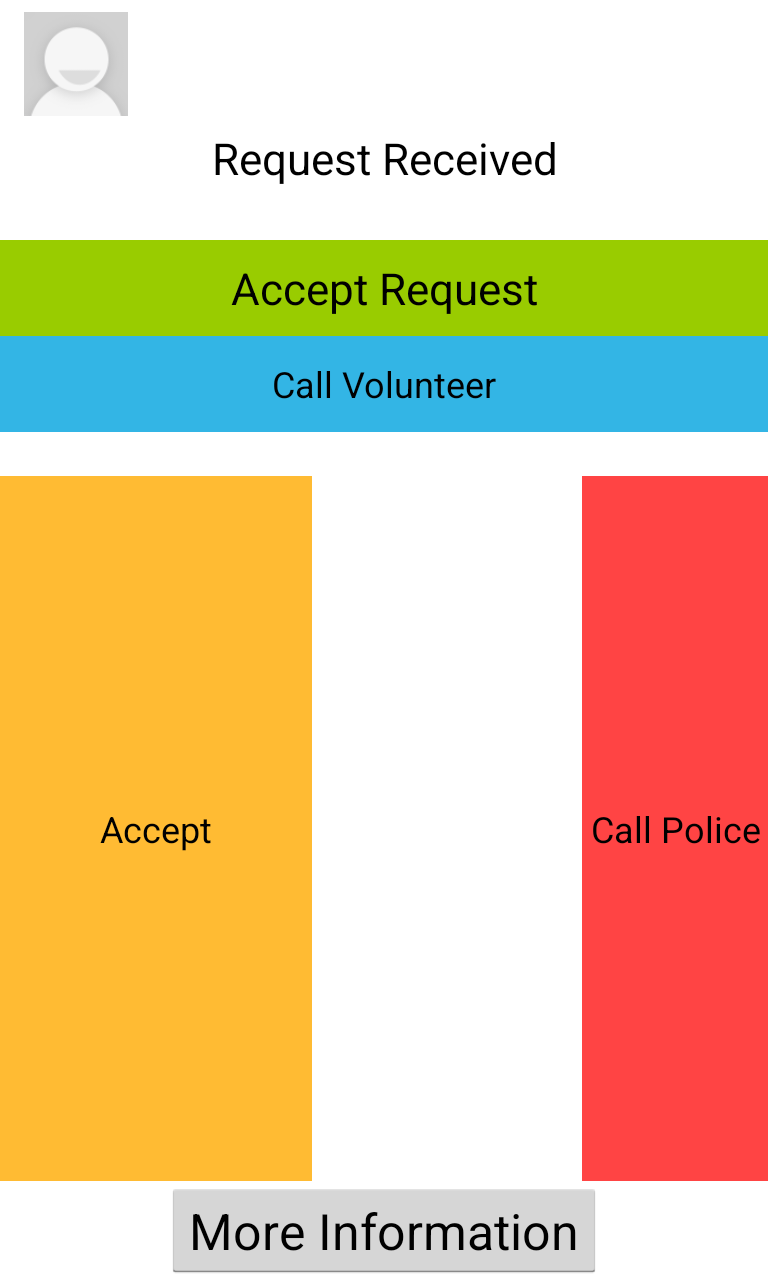
Repository: srivast6/SafeWalk
Layout: android/SafeWalk/res/layout/tryout.xml
The author's editor kept a copy of each file at every save. The layout is drawn from the files as they stood at one save, then again after the next save.
It is drawn on a 768 x 1280 px phone screen (xhdpi) without system bars, with theme android:Theme.Holo.Light; the app's code is not run.

Above is the layout before, as saved 2013-11-20 18:33:34.

After the next save:
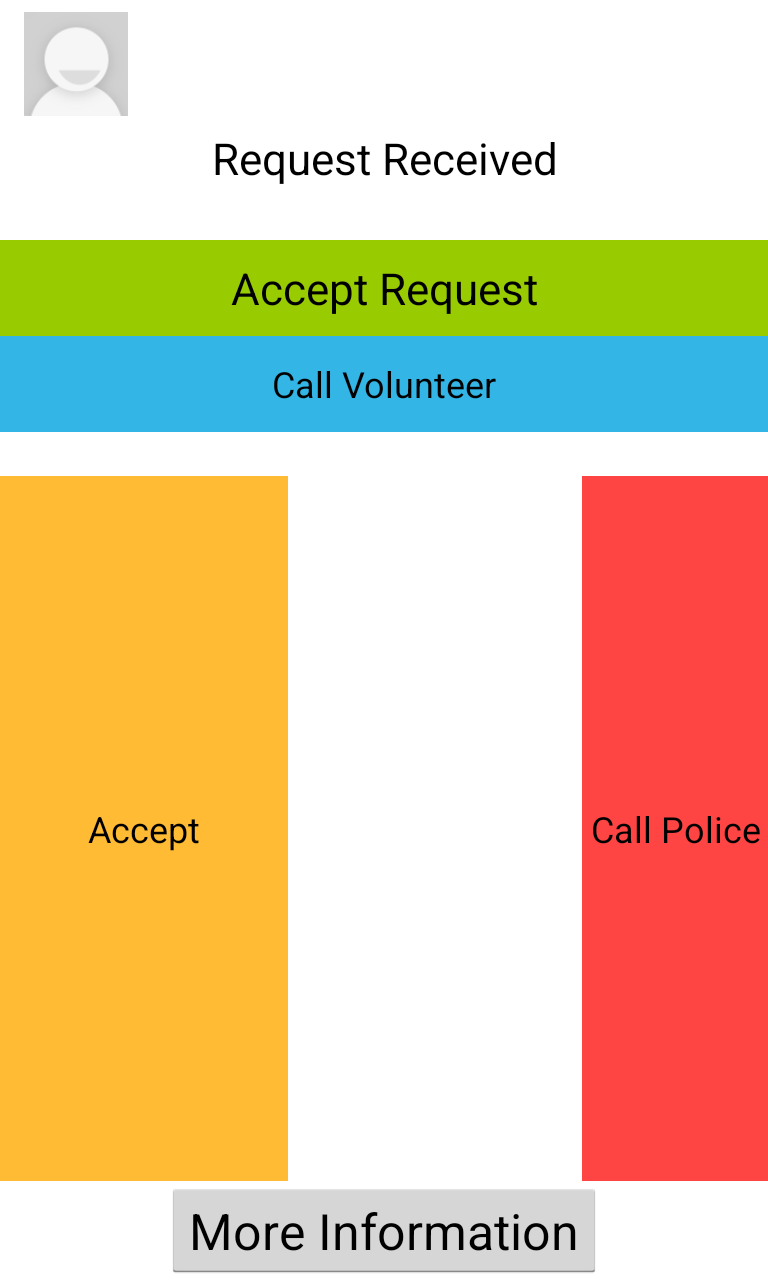
Saved 19 s later.
--- a/android/SafeWalk/res/layout/tryout.xml
+++ b/android/SafeWalk/res/layout/tryout.xml
@@ -73,7 +73,7 @@
         <Button
             android:id="@+id/btn_callSafewalk"
             style="?android:attr/buttonBarButtonStyle"
-            android:layout_width="156dp"
+            android:layout_width="144dp"
             android:layout_height="fill_parent"
             android:layout_above="@+id/morInfo"
             android:layout_below="@id/callButton"
